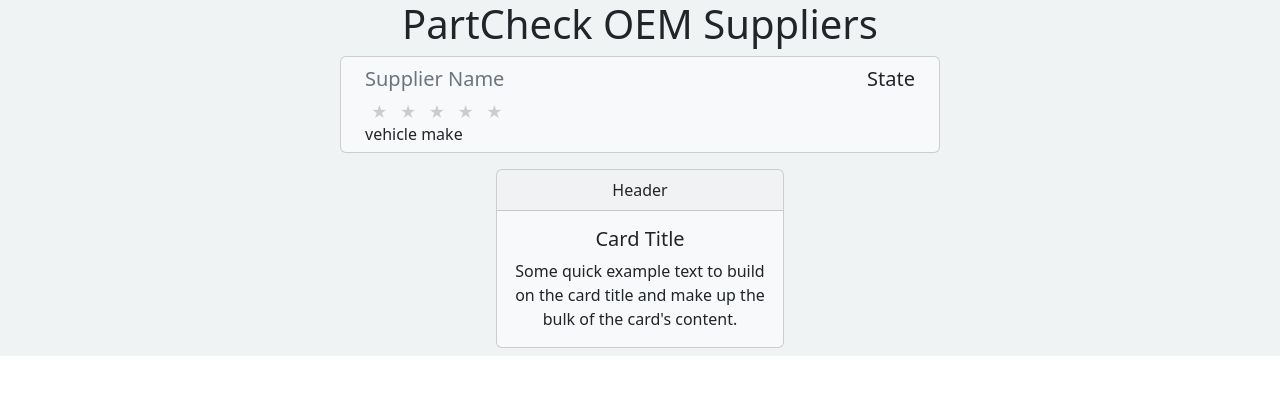
Repository: trungna4699/coding_challenge
Page: /
An editor plug-in stored every save of this project. The page is shown before and after the next save, followed by the edit.
The browser window is 1280 px wide. The pictures show the whole page.
The project was rebuilt for these pictures with package versions that can differ from the ones it lists, and the page was loaded fresh each time.

Above is the page before, as saved 2022-09-01 16:50:38.

### src/index.css
body {
  margin: 0;
  background-color: #F0F3F4;
  font-family: -apple-system, BlinkMacSystemFont, 'Segoe UI', 'Roboto', 'Oxygen',
    'Ubuntu', 'Cantarell', 'Fira Sans', 'Droid Sans', 'Helvetica Neue',
    sans-serif;
  -webkit-font-smoothing: antialiased;
  -moz-osx-font-smoothing: grayscale;
}

code {
  font-family: source-code-pro, Menlo, Monaco, Consolas, 'Courier New',
    monospace;
}

### src/App.js
import './App.css';
import 'bootstrap/dist/css/bootstrap.min.css';

import Card from 'react-bootstrap/Card';
import Col from 'react-bootstrap/Col';
import Row from 'react-bootstrap/Row';
import StarRating from './starRating';

function App() {
  return (
    <div className="App">
      <h1>PartCheck OEM Suppliers</h1>

      <div className='listContainer'>
        <Card
          bg={"light"}
          style={{ width: '600px' }}
          className="mb-3"
        >
          <div className="supplierItems">
            <div className='supplierInfo'>
              <h5 className='text-secondary ms-4'>Supplier Name</h5>
              <h5 className='me-4'>State</h5>
            </div>

            <div className="ms-4" id="ratingStar">
              <StarRating />
              {/* {[...Array(5)].map((star) => {
                return (
                  <span className="star">&#9733;</span>
                );
              })} */}
            </div>
            <div className="ms-4" id="vehicleList">
              <h6>vehicle make</h6>
            </div>
          </div>
        </Card>

        <Card
          bg={"light"}
          // key={variant}
          text={"dark"}
          style={{ width: '18rem' }}
          className="mb-2"
        >
          <Card.Header>Header</Card.Header>
          <Card.Body>
            <Card.Title>Card Title </Card.Title>
            <Card.Text>
              Some quick example text to build on the card title and make up the
              bulk of the card's content.
            </Card.Text>
          </Card.Body>
        </Card>

      </div>


    </div>
  );
}

export default App;

### src/App.css
.App {
  background-color: #F0F3F4;
  text-align: center;
}

/* Star */
button {
  background-color: transparent;
  border: none;
  outline: none;
  cursor: pointer;
}
.on {
  color: yellow;
}
.off {
  color: #ccc;
}
/*  */

.listContainer {
  display: flex;
  flex-direction: column;
  align-items: center;
}

.supplierInfo {
  display: flex;
  justify-content: space-between;
  margin-top: 10px;
}

#ratingStar {
  display: flex;
}

#vehicleList {
  display: flex;
}



/* Default Settings */
.App-logo {
  height: 40vmin;
  pointer-events: none;
}

@media (prefers-reduced-motion: no-preference) {
  .App-logo {
    animation: App-logo-spin infinite 20s linear;
  }
}

.App-header {
  background-color: #282c34;
  min-height: 100vh;
  display: flex;
  flex-direction: column;
  align-items: center;
  justify-content: center;
  font-size: calc(10px + 2vmin);
  color: white;
}

.App-link {
  color: #61dafb;
}

@keyframes App-logo-spin {
  from {
    transform: rotate(0deg);
  }
  to {
    transform: rotate(360deg);
  }
}

### src/starRating.js
import React, { useState } from "react";

const StarRating = () => {
  const [rating, setRating] = useState(0);
  const [hover, setHover] = useState(0);
  return (
    <div className="star-rating">
      {[...Array(5)].map((star, index) => {
        index += 1;
        return (
          <button
            type="button"
            key={index}
            className={index <= (hover || rating) ? "on" : "off"}
            onClick={() => setRating(index)}
            onMouseEnter={() => setHover(index)}
            onMouseLeave={() => setHover(rating)}
          >
            <span className="star">&#9733;</span>
          </button>
        );
      })}
    </div>
  );
};

export default StarRating;

Loaded but not shown: public/index.html (common file); src/index.js (common file); src/reportWebVitals.js (common file)

After the next save:
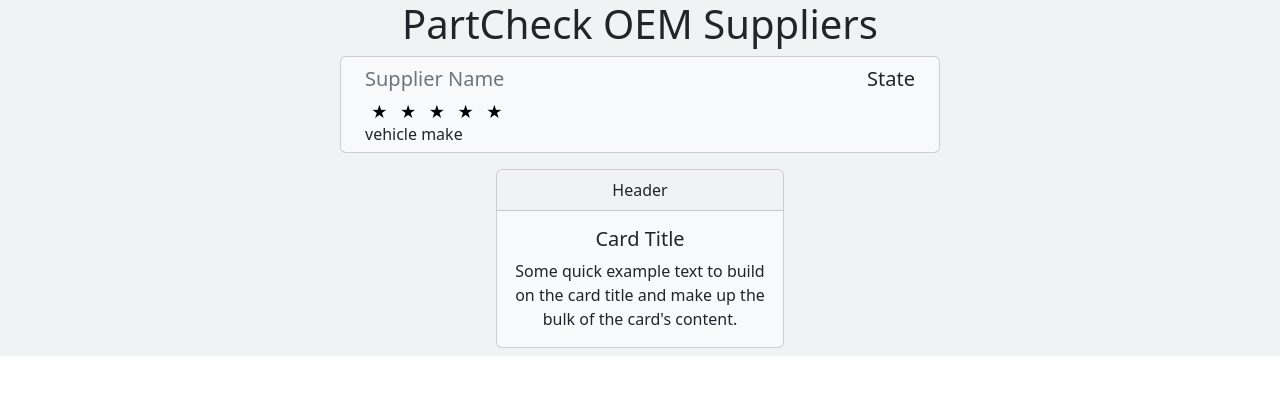
Saved 11 s later.
--- a/src/App.css
+++ b/src/App.css
@@ -11,10 +11,10 @@ button {
   cursor: pointer;
 }
 .on {
-  color: yellow;
+  color: orange;
 }
 .off {
-  color: #ccc;
+  color: lightye;
 }
 /*  */
 
